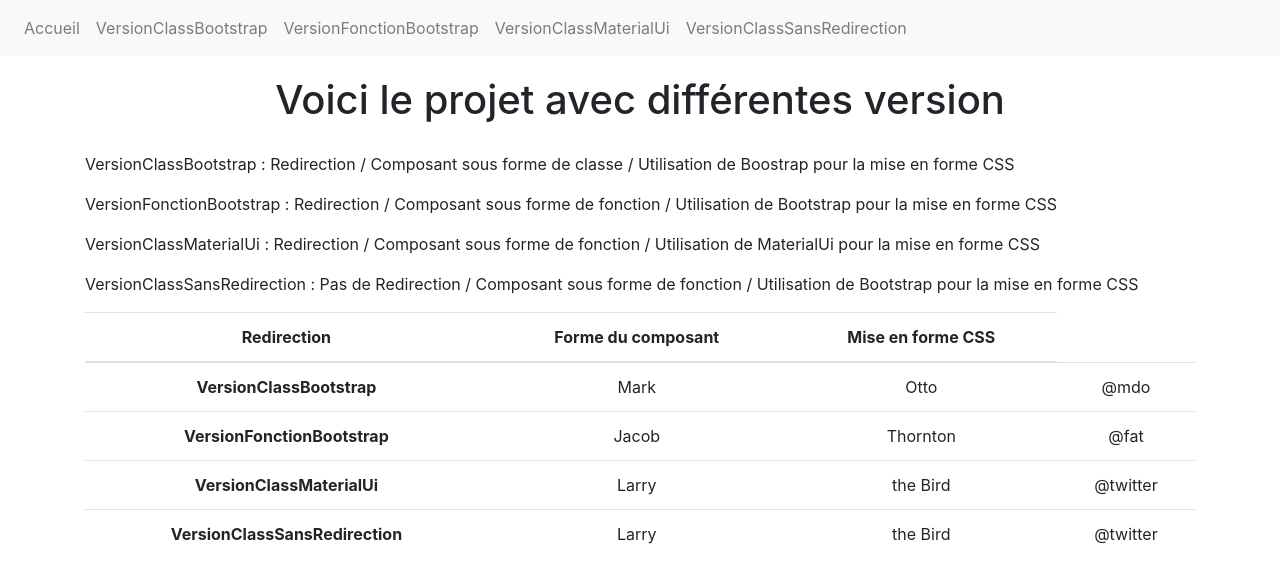
Repository: LudovicB21/CountryTest
Page: /
These files come from the project's save history. The page is drawn as it stood at one moment and after the next save; the edit follows.
The browser window is 1280 px wide. The pictures show the whole page.
The project was rebuilt for these pictures with package versions that can differ from the ones it lists, and the page was loaded fresh each time. Also part of the build but not shown: src/components/VersionClassBootstrap/ListPays.components.js, src/components/VersionClassMaterialUi/ListPays.components.js, src/components/VersionFonctionBoostrap/ListPays.components.js, src/components/VersionSansRedirection/ListPays.component.js, src/components/VersionClassBootstrap/InfoPays.components.js, src/components/VersionClassMaterialUi/InfoPays.components.js, src/components/VersionFonctionBoostrap/InfoPays.components.js.

Above is the page before, as saved 2020-10-29 13:30:31.

After the next save:
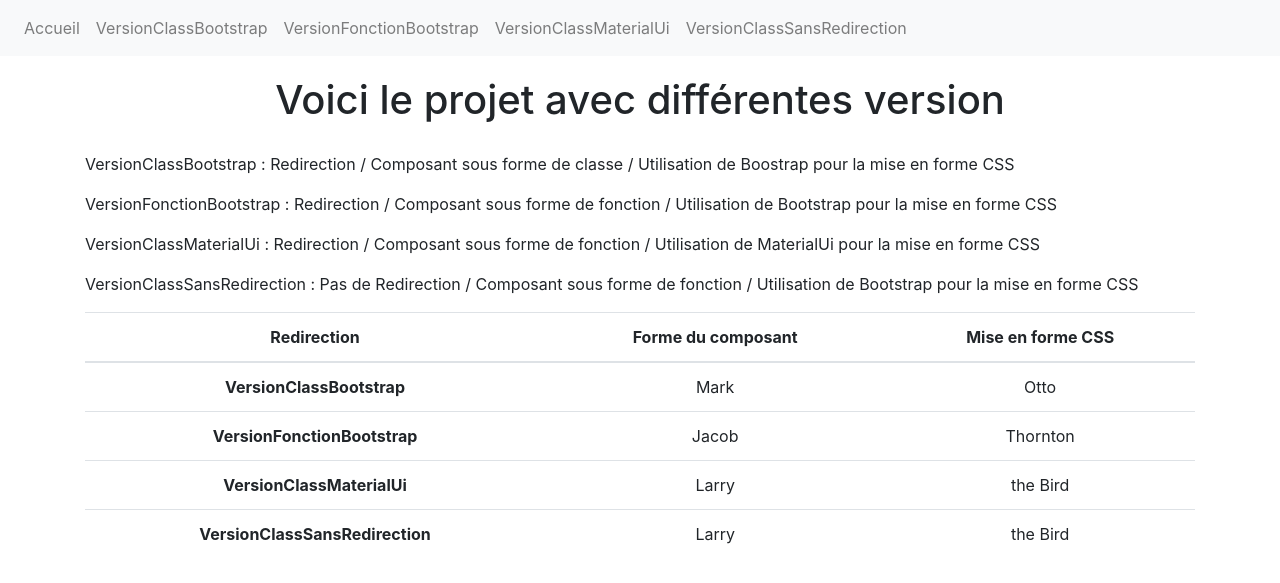
Saved 10 s later.
--- a/src/components/Accueil.js
+++ b/src/components/Accueil.js
@@ -40,25 +40,21 @@ class Accueil extends Component {
                         <th scope="row">VersionClassBootstrap</th>
                             <td>Mark</td>
                             <td>Otto</td>
-                            <td>@mdo</td>
                         </tr>
                         <tr>
                         <th scope="row">VersionFonctionBootstrap</th>
                             <td>Jacob</td>
                             <td>Thornton</td>
-                            <td>@fat</td>
                         </tr>
                         <tr>
                         <th scope="row">VersionClassMaterialUi</th>
                             <td>Larry</td>
                             <td>the Bird</td>
-                            <td>@twitter</td>
                         </tr>
                         <tr>
                         <th scope="row">VersionClassSansRedirection</th>
                             <td>Larry</td>
                             <td>the Bird</td>
-                            <td>@twitter</td>
                         </tr>
                     </tbody>
                     </table>
